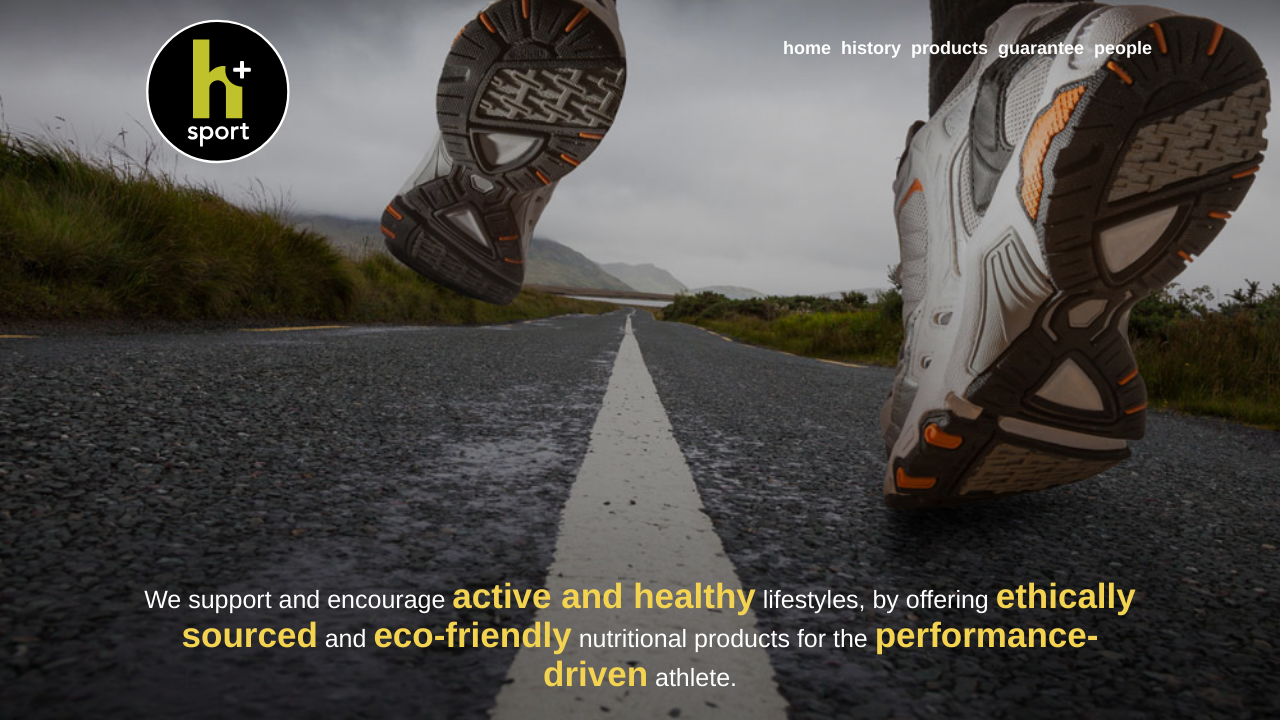
Repository: abrarzahin/H-Plus-Sports
Page: JSFapp/WebContent/add.html
The author's editor kept a copy of each file at every save. The page is drawn from the files as they stood at one save, then again after the next save.
The browser window is 1280 px wide. The pictures show the whole page.
Some web fonts or font styles are not loaded; a fallback is used.

Above is the page before, as saved 2019-01-07 00:18:01.

After the next save:
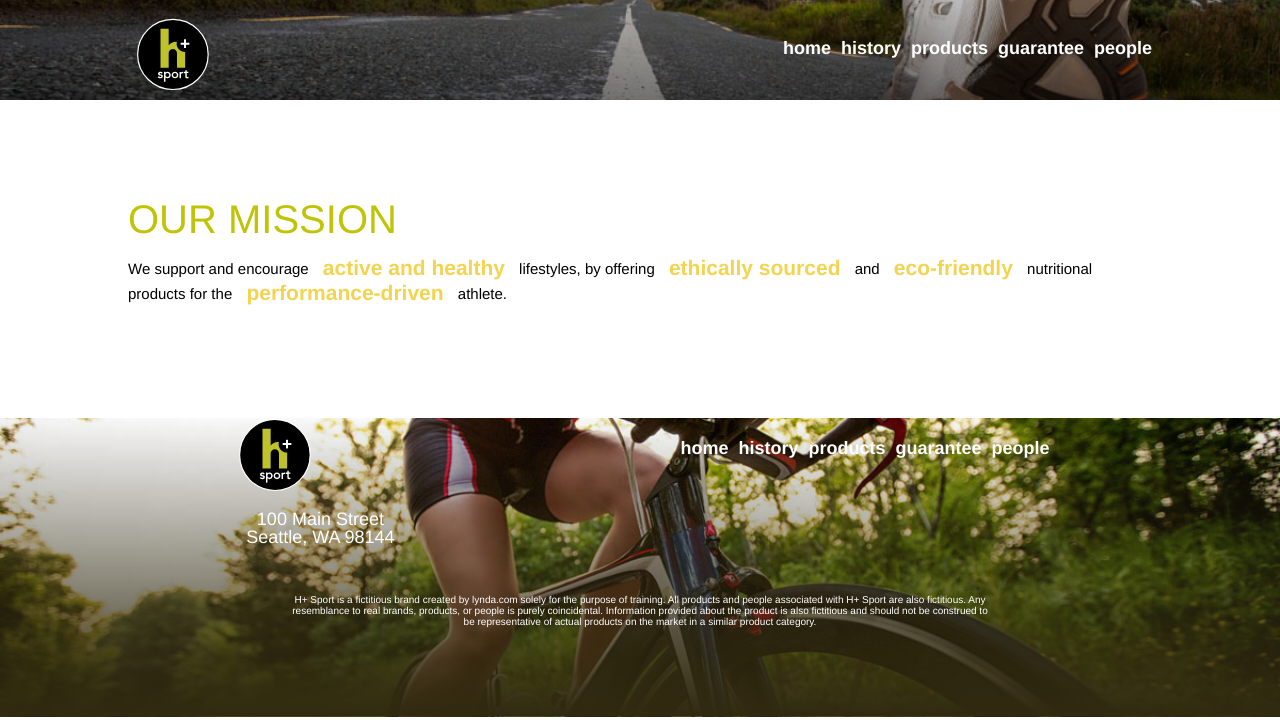
Saved 3 min 35 s later.
--- a/JSFapp/WebContent/add.html
+++ b/JSFapp/WebContent/add.html
@@ -8,12 +8,12 @@
 <head>
   <meta charset="UTF-8">
   <title>H+ Sport</title>
-  <link rel="stylesheet" href="css/style.css">
+  <link rel="stylesheet" href="css/dashboard.css">
   <meta name="viewport" content="width=device-width, initial-scale=1.0">
 </head>
 <body>
 
-<header id="home" class="header">
+<header id="dashboard" class="header">
   <nav class="nav" role="navigation">
     <div class="container nav-elements">
       <div class="branding">
@@ -28,10 +28,37 @@
       </ul><!-- navbar -->
     </div><!-- container nav-elements -->
   </nav>
+ </header>
+ <section id="members" class= "section">
   <div class="container tagline">
     <h1 class="headline">Our Mission</h1>
     <p>We support and encourage <em>active and healthy</em> lifestyles, by offering <em>ethically sourced</em> and <em>eco-friendly</em> nutritional products for the <em>performance-driven</em> athlete.</p>
   </div><!-- container tagline -->
-</header><!-- #home -->
+</section>
+
+<footer class="footer">
+  <header class="imageheader"></header>
+  <div class="container">
+  <nav class="nav" role="navigation">
+    <div class="container nav-elements">
+      <div class="branding">
+        <a href="#home"><img src="images/hpluslogo.svg" alt="Logo - H Plus Sports"></a>
+        <p class="address">100 Main Street<br>
+        Seattle, WA 98144
+      </p>
+      </div>
+      <ul class="navbar">
+        <li><a href="#home">home</a></li>
+        <li><a href="#history">history</a></li>
+        <li><a href="#products">products</a></li>
+        <li><a href="#guarantee">guarantee</a></li>
+        <li><a href="#people">people</a></li>
+      </ul>
+    </div>
+  </nav>
+  <p class="legal">H+ Sport is a fictitious brand created by lynda.com solely for the purpose of training. All products and people associated with H+ Sport are also fictitious. Any resemblance to real brands, products, or people is purely coincidental. Information provided about the product is also fictitious and should not be construed to be representative of actual products on the market in a similar product category.</p>
+</div><!-- container -->
+</footer><!-- footer -->
+
 
 </html>
